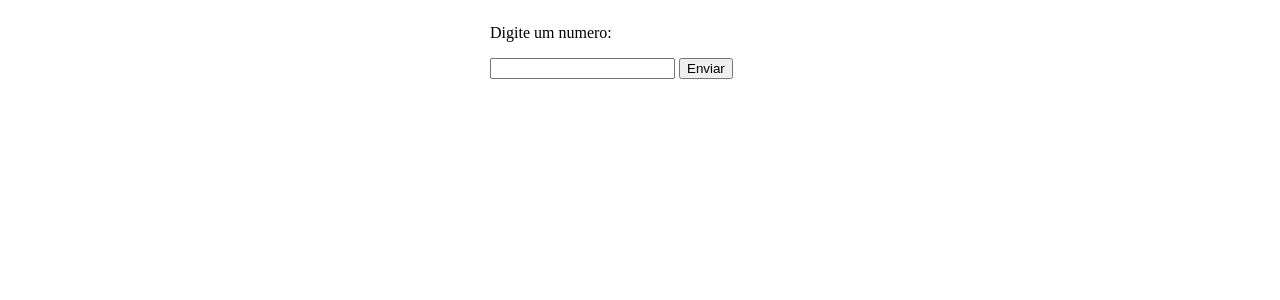
Repository: Nnunes55/formulario
Page: exercicios/teste.html
The author's editor kept a copy of each file at every save. The page is drawn from the files as they stood at one save, then again after the next save.
The browser window is 1280 px wide. The pictures show the whole page.

Above is the page before, as saved 2025-04-15 10:35:13.

After the next save:
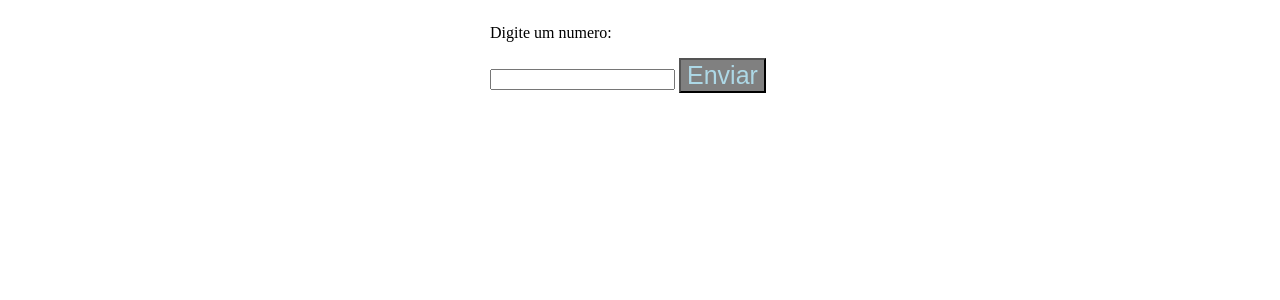
Saved 6 s later.
--- a/exercicios/estilo.css
+++ b/exercicios/estilo.css
@@ -12,7 +12,7 @@
     height: 300px;
     background: #fff
 }
-#button{
+#botao1{
     font-size: 25px;
     background-color: grey;
     color: lightblue;
